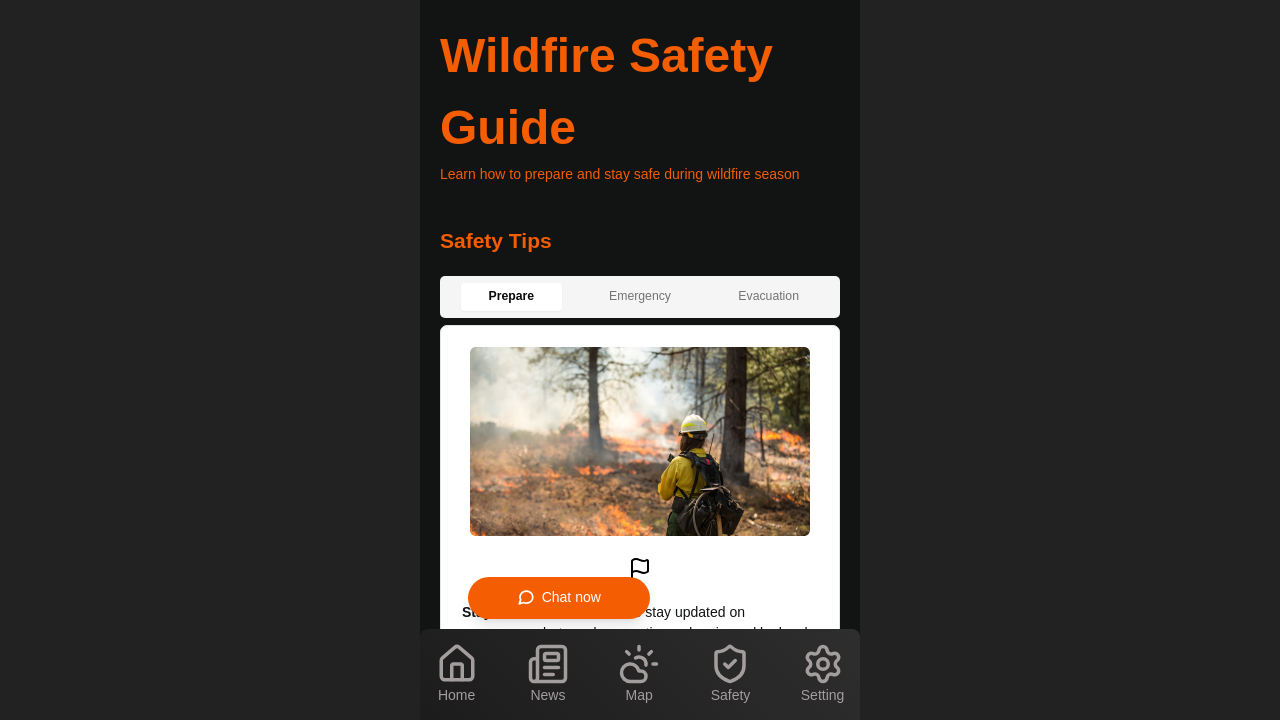
Repository: BCITKevin/Flare_IDSP
Page: /safety
These files come from the project's save history. The page is drawn as it stood at one moment and after the next save; the edit follows.
The browser window is 1280 px wide. The pictures show the whole page.
An inner scrolling area shows only its first screen. Some web fonts or font styles are not loaded; a fallback is used. The project was rebuilt for these pictures with package versions that can differ from the ones it lists, and the page was loaded fresh each time. The framework's server and built-in components were replaced by stand-ins that run in the browser. Also part of the build but not shown: next.config.js, next.config.mjs.

Above is the page before, as saved 2024-11-30 03:45:54.

After the next save:
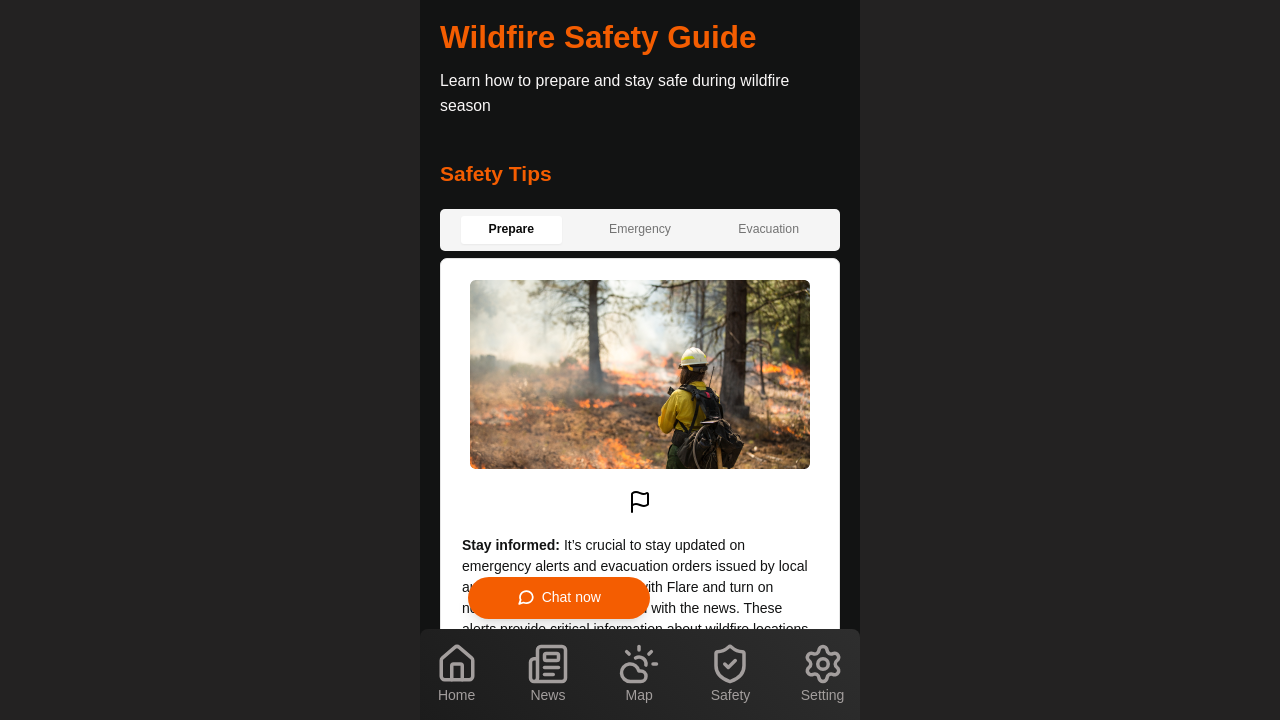
Saved 5 s later.
--- a/src/app/safety/page.tsx
+++ b/src/app/safety/page.tsx
@@ -156,10 +156,10 @@
         <body className="min-h-screen overflow-y-auto">
             <div className="safetyLayout h-full overflow-y-auto mb-44">
                 <div className={`mb-12 ${styles.safetyHeading}`}>
-                    <h1>
+                    <h1 className="text-4xl font-bold mb-4">
                         Wildfire Safety Guide
                     </h1>
-                    <p>
+                    <p className={`${styles.whiteText} text-lg `}>
                         Learn how to prepare and stay safe during wildfire season
                     </p>
                 </div>

After the save that followed:
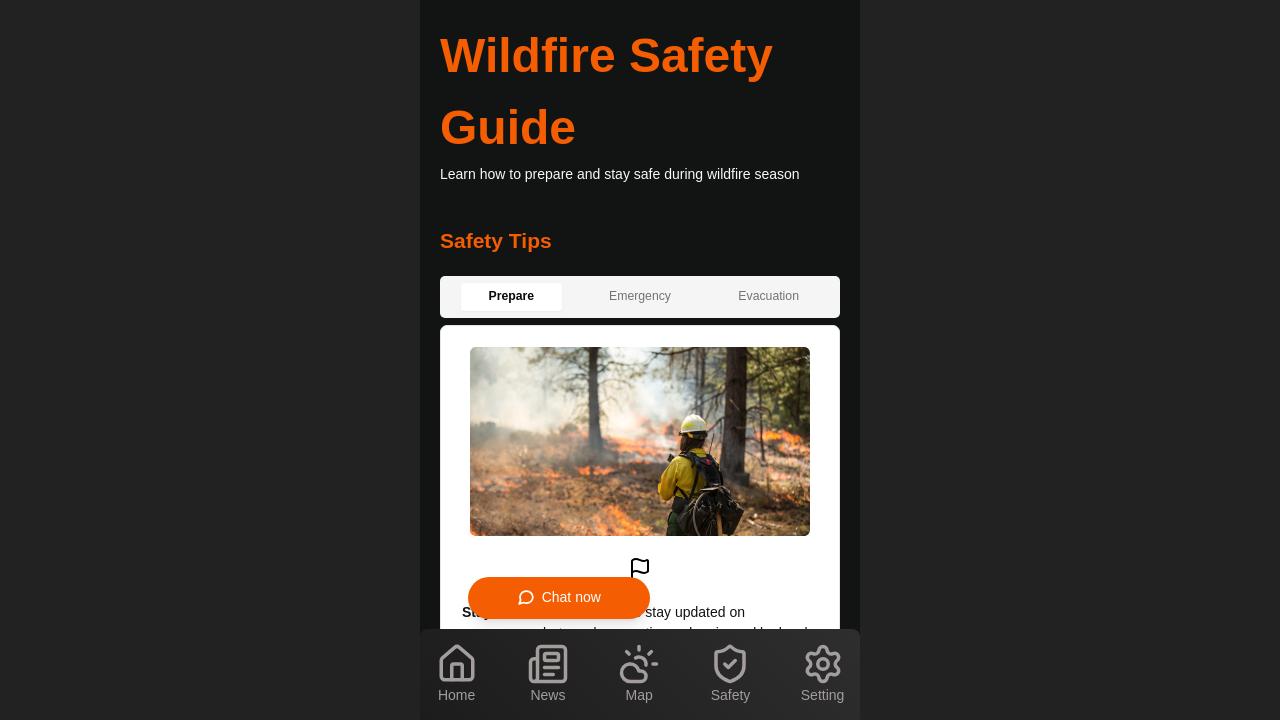
Saved 44 s later.
--- a/src/app/safety/page.tsx
+++ b/src/app/safety/page.tsx
@@ -156,10 +156,10 @@
         <body className="min-h-screen overflow-y-auto">
             <div className="safetyLayout h-full overflow-y-auto mb-44">
                 <div className={`mb-12 ${styles.safetyHeading}`}>
-                    <h1 className="text-4xl font-bold mb-4">
+                    <h1>
                         Wildfire Safety Guide
                     </h1>
-                    <p className={`${styles.whiteText} text-lg `}>
+                    <p className={styles.whiteText}>
                         Learn how to prepare and stay safe during wildfire season
                     </p>
                 </div>
